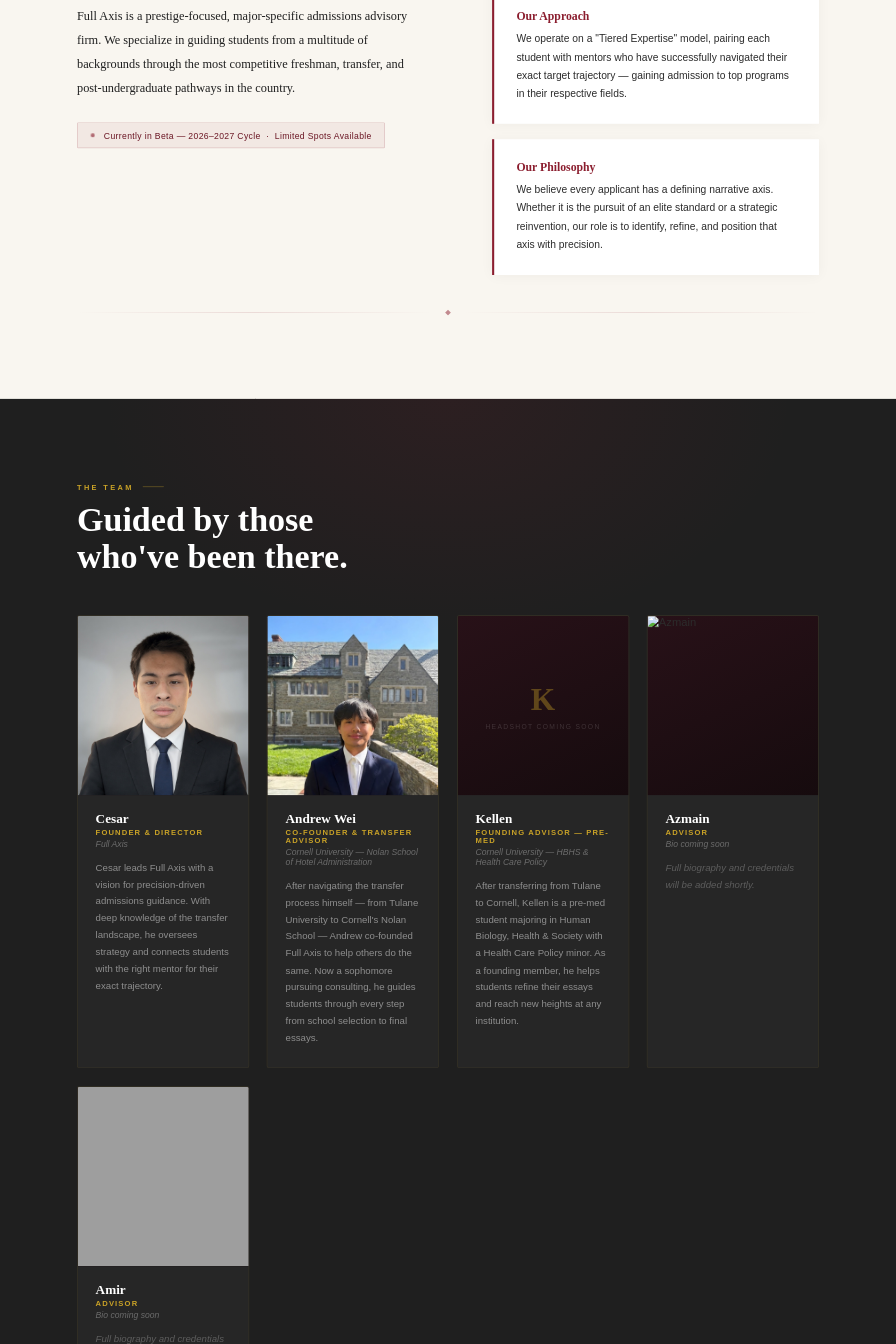
Repository: epeguero8311/cesar
Page: index.html
The author's editor kept a copy of each file at every save. The page is drawn from the files as they stood at one save, then again after the next save.
The browser window is 1280 px wide. The pictures show the part of the page from y = 1197 to 3117 px (the page is 5645 px tall), at 70% of full size.
Pictures or frames that could not be fetched are drawn as grey boxes.

Above is the page before, as saved 2026-04-26 22:29:20.
Not found: headshot4.png

After the next save:
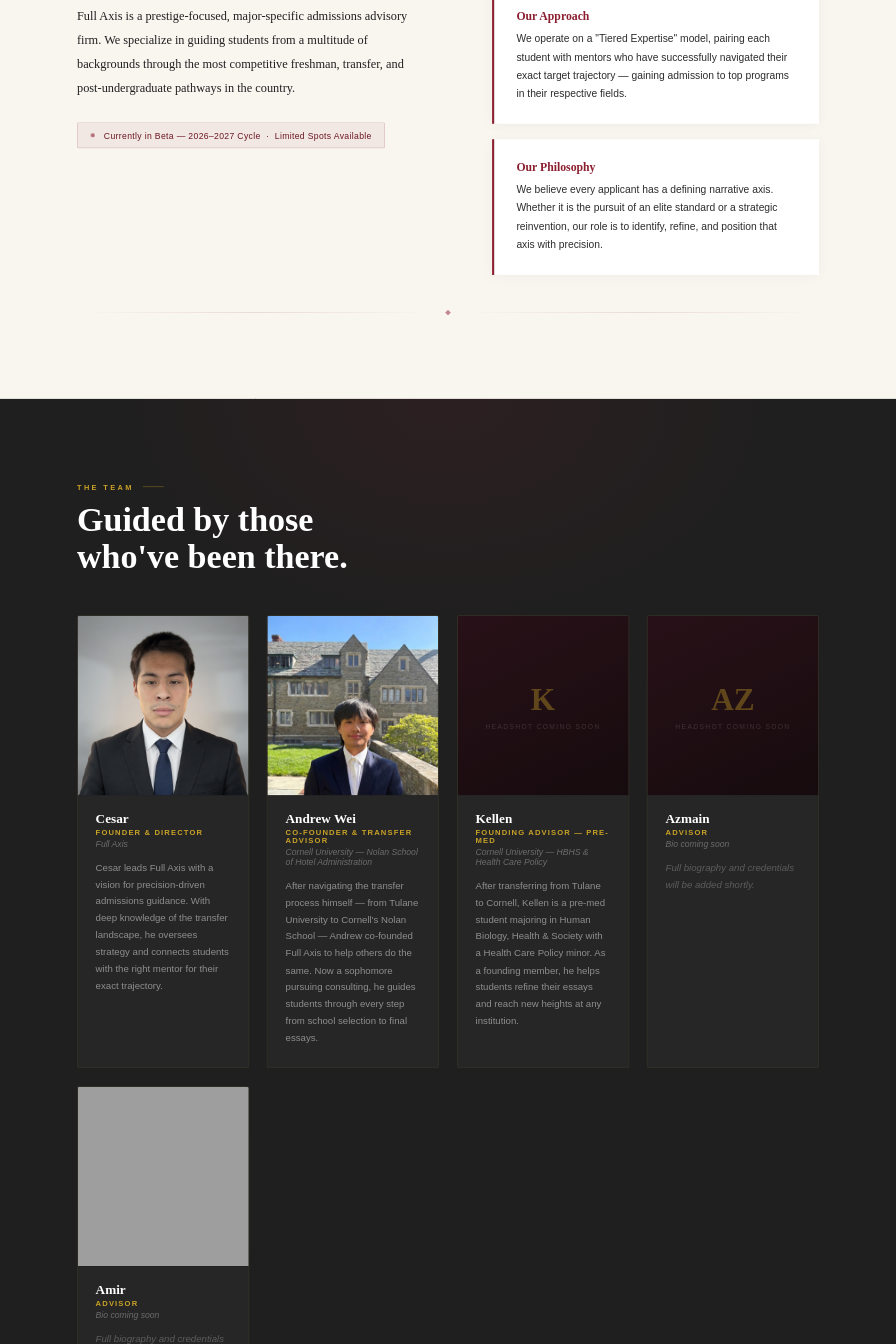
Saved 24 s later.
--- a/index.html
+++ b/index.html
@@ -131,9 +131,9 @@
         </div>
       </div>
       <!-- Azmain -->
-      <div class="team-card reveal d3">
-        <div class="team-photo">
-          <img src="headshot4.png" alt="Azmain" class="team-headshot" />
+        <div class="team-card reveal d3 in">
+        <div class="team-photo">
+          <div class="team-photo-ph"><div class="team-initials">AZ</div><div class="photo-hint">Headshot coming soon</div></div>
         </div>
         <div class="team-info">
           <div class="team-name">Azmain</div>
